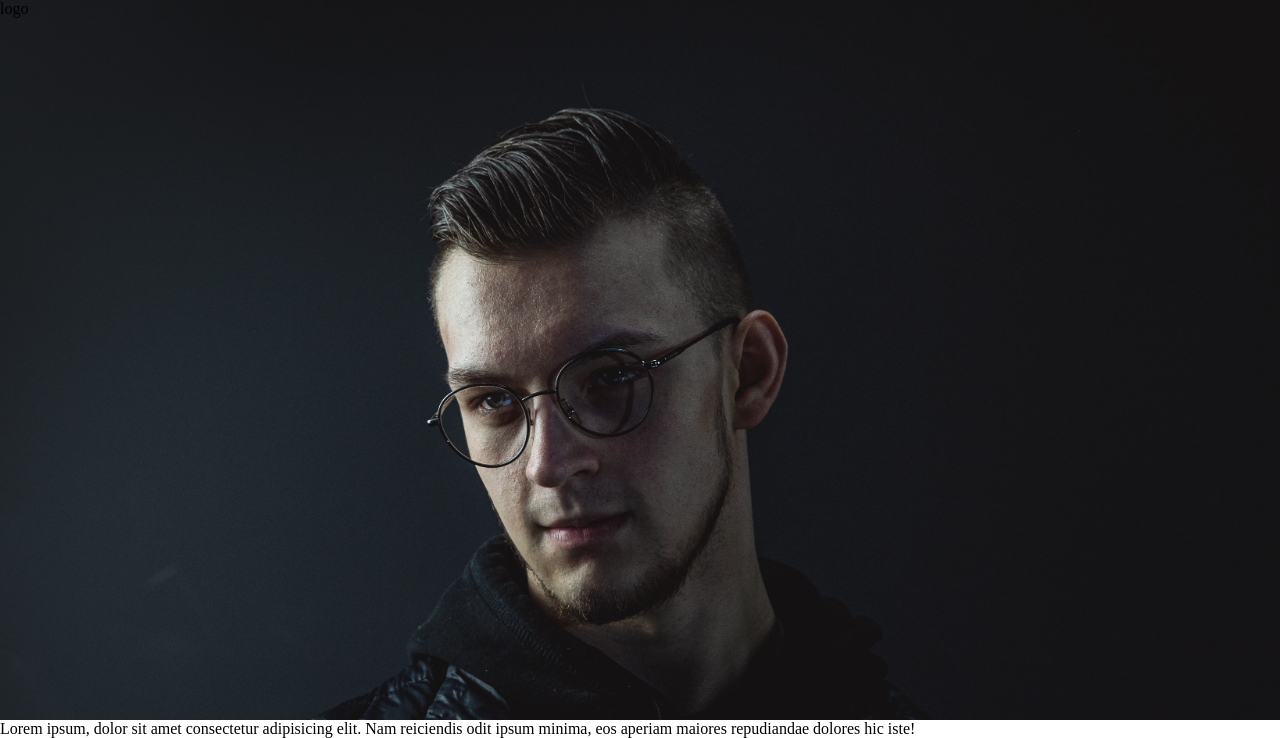
Repository: linco6054/simple-html
Page: index.html
An editor plug-in stored every save of this project. The page is shown before and after a run of saves, followed by the edit.
The browser window is 1280 px wide. The pictures show the whole page.

Above is the page before, as saved 2021-08-16 15:32:14.

### index.html
<!DOCTYPE html>
<html lang="en">
  <head>
    <meta charset="UTF-8" />
    <meta http-equiv="X-UA-Compatible" content="IE=edge" />
    <meta name="viewport" content="width=device-width, initial-scale=1.0" />
    <link rel="stylesheet" href="style.css" />
    <title>Lincoln</title>
  </head>
  <body>
    <section class="sec1">
      <nav>
        <span>logo</span>
        <ul></ul>
      </nav>
    </section>

    <p>
      Lorem ipsum, dolor sit amet consectetur adipisicing elit. Nam reiciendis
      odit ipsum minima, eos aperiam maiores repudiandae dolores hic iste!
    </p>
  </body>
</html>

### style.css
* {
  margin: 0;
  padding: 0;
}
body {
  max-width: 100%;
  height: auto;
  overflow: hidden;
}
section {
  height: 100vh;
  width: 100%;
  overflow: hidden;
}
/* ================================Sectiion 1================================== */
.sec1 {
  background-image: url("./images/bg.jpg");
  background-size: cover;
  background-repeat: no-repeat;
}

After the next 2 saves:
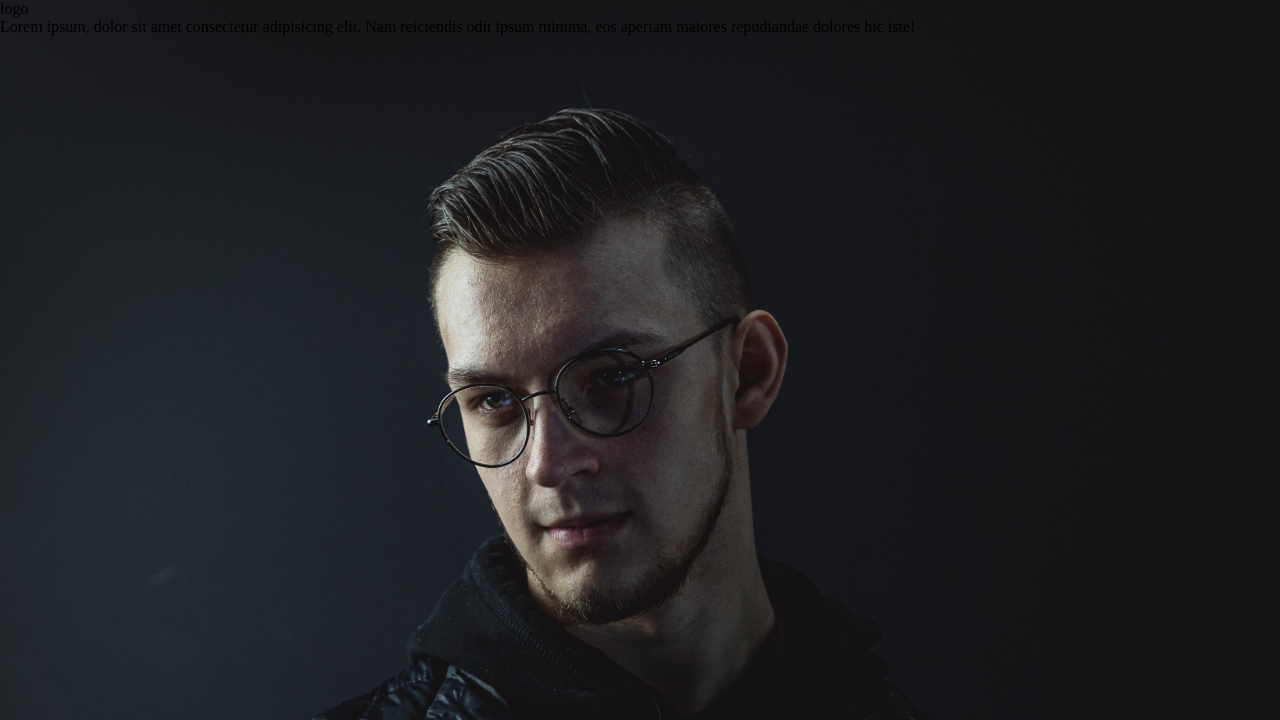
The 2 saves are shown as one change because they came seconds apart.
The last was saved 23 s later.
--- a/index.html
+++ b/index.html
@@ -13,11 +13,10 @@
         <span>logo</span>
         <ul></ul>
       </nav>
+      <p>
+        Lorem ipsum, dolor sit amet consectetur adipisicing elit. Nam reiciendis
+        odit ipsum minima, eos aperiam maiores repudiandae dolores hic iste!
+      </p>
     </section>
-
-    <p>
-      Lorem ipsum, dolor sit amet consectetur adipisicing elit. Nam reiciendis
-      odit ipsum minima, eos aperiam maiores repudiandae dolores hic iste!
-    </p>
   </body>
 </html>
